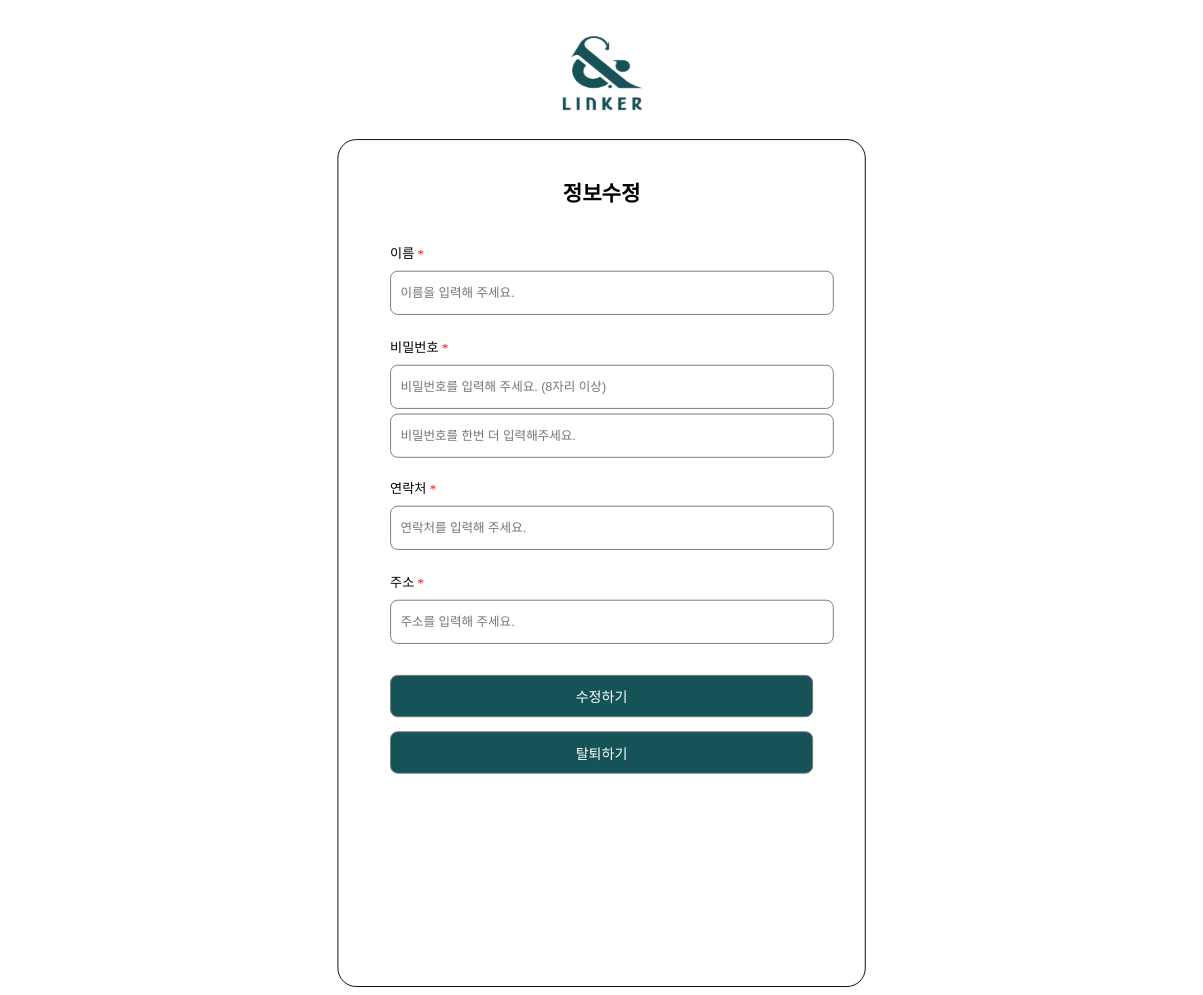
Repository: soomseting/let_me_go
Page: http://localhost/LINKER_re/jsp/main/user_update.jsp
These files come from the project's save history. The page is drawn as it stood at one moment and after the next save; the edit follows.
The browser window is 1280 px wide. The pictures show the whole page, at 94% of full size.
The page is served by Tomcat 9. Other server files are loaded and not shown.

Above is the page before, as saved 2025-03-24 08:23:39.
Console error: TypeError: Cannot set properties of null (setting 'onclick')

### LINKER_re/src/main/webapp/jsp/main/user_update.jsp
<%@ page language="java" contentType="text/html; charset=UTF-8" pageEncoding="UTF-8"%>
<!DOCTYPE html>
<html lang="en">

<head>
    <meta charset="UTF-8">
    <meta name="viewport" content="width=device-width, initial-scale=1.0">
    <title>정보수정</title>
    <link rel="stylesheet" href="../../css/sign_up.css">
    <script src="https://ajax.googleapis.com/ajax/libs/jquery/3.3.1/jquery.min.js"></script>
    <script src="../../js/jquery-3.7.1.js"></script>
    <script src="../../js/script.js"></script>
</head>

<body>
    <section>
        <div class="sign_up_logo">
            <img src="../../img/logo.png" alt="logo">
        </div>
        <div class="sign_up_content">
            <div class="su_title">
                <h1>정보수정</h1>
            </div>
            <form action="/LINKER/modifyOrDelete.users" method="post" name="action_form">
                <div class="su_con_wrap">
                    <div class="su_con_box">
                        <div class="su_ct">이름<span> *</span></div>
                        <div class="su_input"><input type="text" name="user_name" placeholder="이름을 입력해 주세요." required></div>
                    </div>
                    <div class="su_con_box">
                        <div class="su_ct">비밀번호<span> *</span></div>
                        <div class="su_input"><input type="password" name="password" placeholder="비밀번호를 입력해 주세요. (8자리 이상)" required></div>
                        <div class="su_input"><input type="password" name="password_confirm" placeholder="비밀번호를 한번 더 입력해주세요." required></div>
                    </div>
                    <div class="su_con_box su_con_one">
                        <div class="su_ct">연락처<span> *</span></div>
                        <div class="su_input"><input type="text" name="phone" placeholder="연락처를 입력해 주세요." required></div>
                    </div>
                    <div class="su_con_box su_con_thr">
                        <div class="su_ct">주소<span> *</span></div>
                        <div class="su_input"><input type="text" name="user_address" placeholder="주소를 입력해 주세요." required></div>
                    </div>
                    <div class="su_con_box su_con_for">
                        <!-- 수정하기 버튼 -->
                        <div class="su_input sui1"><button type="button" id="update" class="up_btn" onclick="some()" >수정하기</button></div>
                        <!-- 탈퇴하기 버튼 -->
                        <div class="su_input sui2"><button type="button" id="delete" class="de_btn" onclick="some()" >탈퇴하기</button></div>
                    </div>
                    <!-- button변경 후 js로 action 각각 설정 controller에서 각각 설정 -->
                </div>
            </form>
        </div>
    </section>
    <script type="text/javascript">
	function some(){
		if(event.target.id==="update"){
			document.action_form.action="/LINKER/modify.users";
		}else if(event.target.id==="delete"){
			document.action_form.action="/LINKER/delete.users";
		}

		document.action_form.submit();

	}
</script>
</body>


</html>

### LINKER_re/src/main/webapp/css/sign_up.css
/*sign_up*/
.sign_up_logo{width: 250px;height: 140px;margin: 0 auto;}
.sign_up_logo img{width: 250px;height: 140px;}

.sign_up_content{width: 560px;height: 900px;border: 1px solid black; margin: 0 auto; border-radius: 20px;}

.su_title{font-weight: bold;font-family: Arial, Helvetica, sans-serif; padding: 20px 50px;text-align: center; font-size: 15px;}

.su_con_wrap{width: 560px;height: 800px;}
.su_con_box{width: 450px;height: 100px;margin: 0 auto;}
.su_ct{font-size: 14px; margin-bottom: 10px;}
.su_ct span{color: red;}
.su_input input{width: 450px;height: 45px; border-radius: 8px; border: 1px solid #777;margin-bottom: 5px;}
.su_input input[placeholder]{padding: 0 10px;}
.su_con_one{margin-top: 50px;}
/* .su_con_for{margin-top: 15px;} */
.su_con_for input{width: 475px;height: 50px; margin-top: 10px; background: #165358; color: #fff;font-size: 15px;transition: 0.3s;border: none;}
.su_con_for>.sui1:hover input{background: #518682; transition: 0.3s;border: none;cursor: pointer;}
.su_con_for>.sui2:hover input{background: #518682; transition: 0.3s;border: none;cursor: pointer;}

#sign_up_agree{font-size: 10px;margin-bottom: 10px;color: rgb(154, 155, 167);}

.su_flex{display: flex; align-items: center;}
.su_flex input{width: 20px;height: 20px;}

#update{width: 450px;height: 45px; border-radius: 8px; border: 1px solid #777;margin-bottom: 5px;}
#delete{width: 450px;height: 45px; border-radius: 8px; border: 1px solid #777;margin-bottom: 5px;}

.su_con_for input{width: 475px;height: 50px; margin-top: 10px; background: #165358; color: #fff;font-size: 15px;transition: 0.3s;border: none;}
.su_con_for>.sui1:hover input{background: #518682; transition: 0.3s;border: none;cursor: pointer;}
#update:hover {background: #518682; transition: 0.3s;border: none;cursor: pointer;}
#delete:hover {background: #518682; transition: 0.3s;border: none;cursor: pointer;}
.up_btn{width: 475px;height: 50px; margin-top: 10px; background: #165358; color: #fff;font-size: 15px;transition: 0.3s;border: none;}
.de_btn{width: 475px;height: 50px; margin-top: 10px; background: #165358; color: #fff;font-size: 15px;transition: 0.3s;border: none;}

### LINKER_re/src/main/webapp/js/script.js
$(document).ready(function () {

        //main_img_slide
        var img= $("#slide div");
        var cnt=0;
        var max=img.length-1;
        setInterval(next ,3000);

        function next(){
            if(img.is(":animated")) return false;
            $(img[cnt]).animate({"left":"-100%"}).siblings().css({"left":"100%"});
            cnt++;
            if(cnt>max) cnt=0;
            $(img[cnt]).animate({"left":0});
            }

        //sign_in_popup
        function open(){
            $('#pop').css({"display":"block"});

            $('#semi_wrap').css({"position":"sticky"});
            $('section').css({"margin-top":"0"});
        }
        $(".sign_in").on("click",open);
        function close(){
            $('#pop').css({"display":"none"});
            $('#semi_wrap').css({"position":"fixed"});
            $('section').css({"margin-top":"101px"});
        }
        $("#close").on("click",close);

        $('input[type="checkbox"][name="user_category"]').click(function(){

            if($(this).prop('checked')){
               $('input[type="checkbox"][name="user_category"]').prop('checked',false);
               $(this).prop('checked',true);
              }
        });

        /*product_detail*/
        var detail_main = document.querySelector(".detail_main img");
        var detail_sub = document.querySelector(".detail_sub");

        // var ping = document.querySelectorAll(".de_sub img");

        detail_sub.onclick = function(e){
            // console.log(event.target);
            if(e.target.getName == "DIV"){
                return;
            }
            detail_main.src = e.target.src;
        }
        // ping.onclick = function(){
        //     if(ping.classList.contains("pr_ping")){
        //         ping.style.width = "50px";
        //         ping.style.height = "50px";
        //         ping.style.border = "5px solid black";
        //     }else{
        //         ping.style.width = "50px";
        //         ping.style.height = "50px";
        //         ping.style.border = "none";
        //     }
        //     ping.classList.toggle("pr_ping");
        // }
});

Loaded but not shown: LINKER_re/src/main/webapp/js/jquery-3.7.1.js (library)

After the next save:
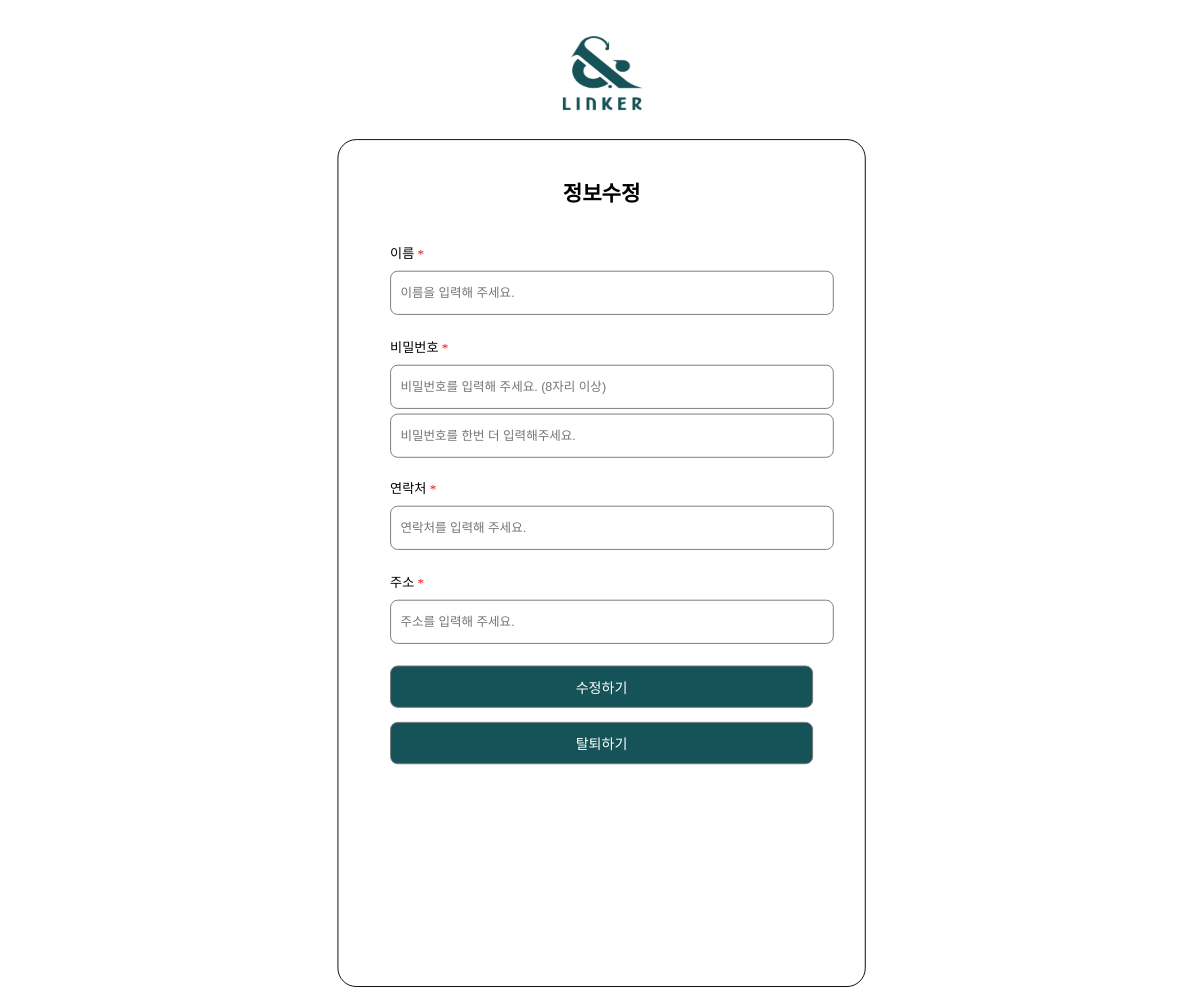
Saved 12 s later.
--- a/LINKER_re/src/main/webapp/css/sign_up.css
+++ b/LINKER_re/src/main/webapp/css/sign_up.css
@@ -30,5 +30,5 @@
 .su_con_for>.sui1:hover input{background: #518682; transition: 0.3s;border: none;cursor: pointer;}
 #update:hover {background: #518682; transition: 0.3s;border: none;cursor: pointer;}
 #delete:hover {background: #518682; transition: 0.3s;border: none;cursor: pointer;}
-.up_btn{width: 475px;height: 50px; margin-top: 10px; background: #165358; color: #fff;font-size: 15px;transition: 0.3s;border: none;}
+.up_btn{width: 475px;height: 50px; margin-top: 10px; background: #165358; color: #fff;font-size: 15px;transition: 0.3s;border: none;margin:0 auto;}
 .de_btn{width: 475px;height: 50px; margin-top: 10px; background: #165358; color: #fff;font-size: 15px;transition: 0.3s;border: none;}

After the save that followed:
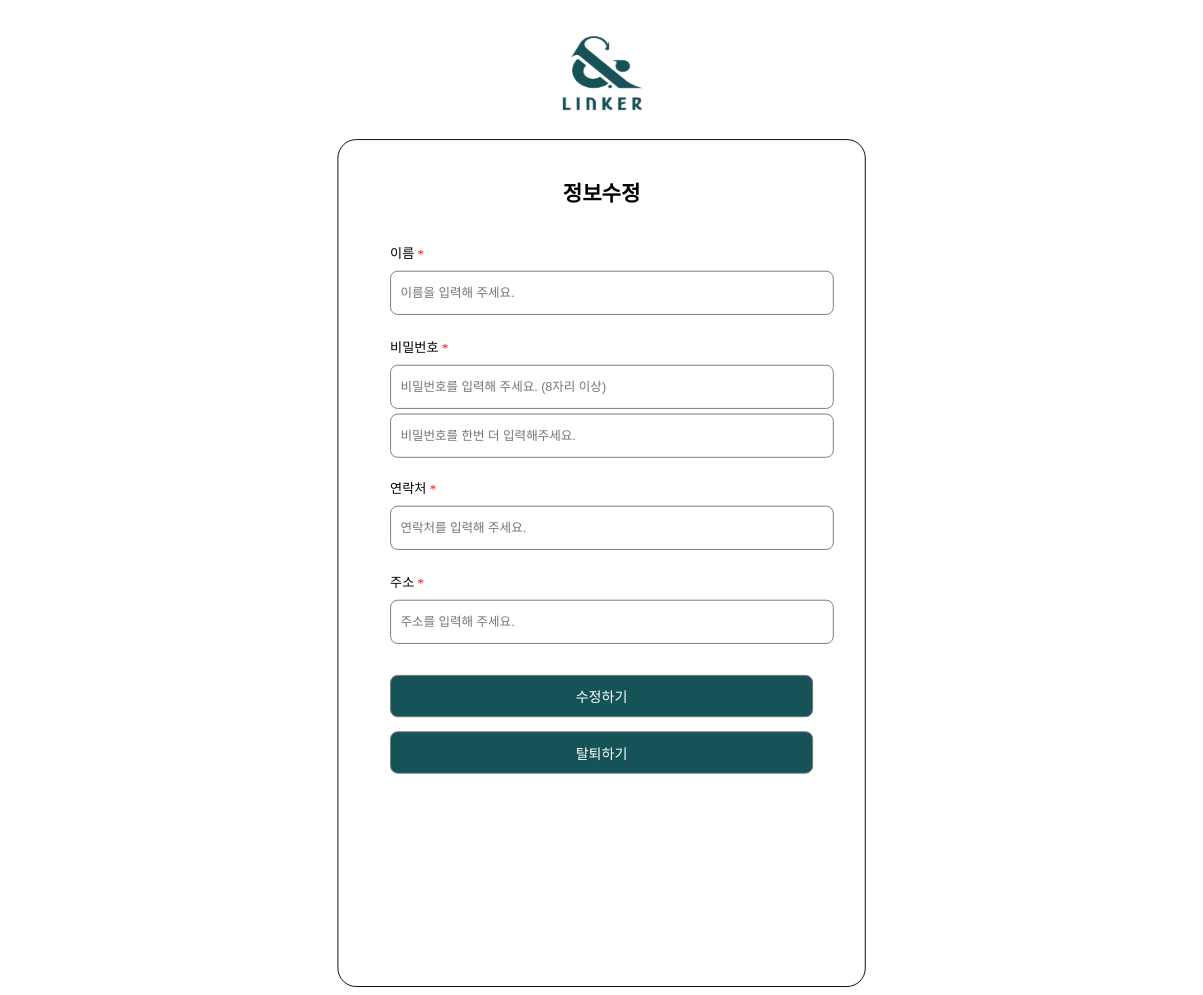
Saved 7 s later.
--- a/LINKER_re/src/main/webapp/css/sign_up.css
+++ b/LINKER_re/src/main/webapp/css/sign_up.css
@@ -30,5 +30,5 @@
 .su_con_for>.sui1:hover input{background: #518682; transition: 0.3s;border: none;cursor: pointer;}
 #update:hover {background: #518682; transition: 0.3s;border: none;cursor: pointer;}
 #delete:hover {background: #518682; transition: 0.3s;border: none;cursor: pointer;}
-.up_btn{width: 475px;height: 50px; margin-top: 10px; background: #165358; color: #fff;font-size: 15px;transition: 0.3s;border: none;margin:0 auto;}
+.up_btn{width: 475px;height: 50px; margin-top: 10px; background: #165358; color: #fff;font-size: 15px;transition: 0.3s;border: none;}
 .de_btn{width: 475px;height: 50px; margin-top: 10px; background: #165358; color: #fff;font-size: 15px;transition: 0.3s;border: none;}
